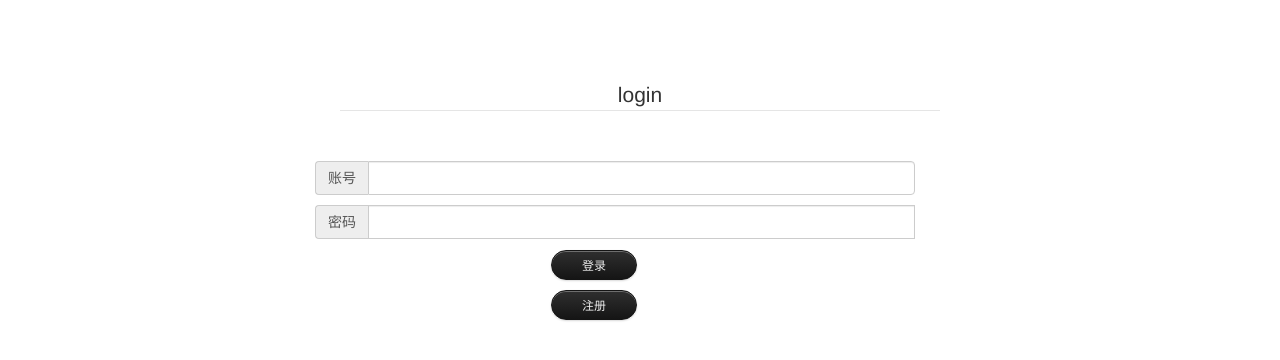
Repository: silzx/learning
Page: http://localhost/MyBatis/
The author's editor kept a copy of each file at every save. The page is drawn from the files as they stood at one save, then again after the next save.
The browser window is 1280 px wide. The pictures show the whole page.
The page is served by Tomcat 9. Other server files are loaded and not shown.

Above is the page before, as saved 2017-11-13 02:28:10.
Console error (its wording comes from the project's code and is left out).

### MyBatis/WebContent/index.jsp
<%@page import="java.net.URLDecoder"%>
<%@ page language="java" import="java.util.*" pageEncoding="UTF-8"%>
<%
String path = request.getContextPath();
String basePath = request.getScheme()+"://"+request.getServerName()+":"+request.getServerPort()+path+"/";
%>

<!DOCTYPE HTML PUBLIC "-//W3C//DTD HTML 4.01 Transitional//EN">
<html>
  <head>
    <base href="<%=basePath%>">
    <link rel="stylesheet" type="text/css" href="bootstrap-3.3.7-dist/css/bootstrap.min.css">
    <link rel="stylesheet" type="text/css" href="buttons/buttons.css">
    <title>My JSP 'index.jsp' starting page</title>
	<meta http-equiv="pragma" content="no-cache">
	<meta http-equiv="cache-control" content="no-cache">
	<meta http-equiv="expires" content="0">
	<meta http-equiv="keywords" content="keyword1,keyword2,keyword3">
	<meta http-equiv="description" content="This is my page">
	<!--
	<link rel="stylesheet" type="text/css" href="styles.css">
	-->
	<style type="text/css">
		button[name='login']{position: fixed;right: 643px;top: 250px}
		button[name='reg']{position: fixed;right: 643px;top: 290px}
		#reset{position: relative;right: 25px}
		#pad{position: relative;right: 25px;}
	</style>
  </head>
  <script type="text/javascript">
  function reset(){
		document.getElementById("error").style.visibility="hidden";
		$("input[name='name']").val("");
		$("input[name='pwd']").val("");
	}
  </script>
   	<%
   		String name="";
   		String pwd="";
   		Cookie[] cs=request.getCookies();
  		if(cs!=null){
  			for(Cookie c:cs){
  					if("nameC".equals(c.getName())){
  	  					name=c.getValue();
  	  					name=URLDecoder.decode(name, "utf-8");
  	  				}
  	  				if("pwdC".equals(c.getName())){
  	  					pwd=c.getValue();
  	  				}
  			}
  		}String errorinfo="";
  		if(session.getAttribute("error")!=null){%>
<!--   			errorinfo=(String)session.getAttribute("error"); -->
			<script type="text/javascript">
				function display(){
					document.getElementById("error").style.visibility="visible";
				}
				window.onload=display;
			</script>
  		<%}
   		%>
  <body>
  <script type="text/javascript" src="jquery1.8/jquery-1.8.0.min.js"></script>
  <script src="bootstrap-3.3.7-dist/js/bootstrap.min.js"></script>
		<center>
		<br><br><br><br>
		<fieldset style="width: 600px"><legend>login</legend>
				<form action="<%=basePath%>UserAction/userLogin.action" method="post">
				<span style="color: red; visibility: hidden;" id="error" >账号或者密码错误</span><p>
				<div id="reset" class="input-group">
					<span class="input-group-addon">账号</span>
					<input type="text" name="u.name" class="form-control" value="<%=name %>">
				</div>
				<p/>
				<div id="pad" class="input-group " >
					<span class="input-group-addon">密码</span>
					<input type="password" name="u.pwd" class="form-control" ><p><br/>
				</div>
				<button class="button button-raised button-pill button-inverse button-small" name="login" type="submit">登录</button>
				<button class="button button-raised button-pill button-inverse button-small" name="reg" onclick="window.location.href='reg.jsp'">注册</button>
				</form>
		</fieldset>
	</center>
	<%
  		session.removeAttribute("error");
  	%>
  </body>
</html>

Loaded but not shown: MyBatis/WebContent/bootstrap-3.3.7-dist/css/bootstrap.min.css (library); MyBatis/WebContent/jquery1.8/jquery-1.8.0.min.js (library); MyBatis/WebContent/bootstrap-3.3.7-dist/js/bootstrap.min.js (library); MyBatis/WebContent/buttons/buttons.css (1492 lines, source omitted)

After the next save:
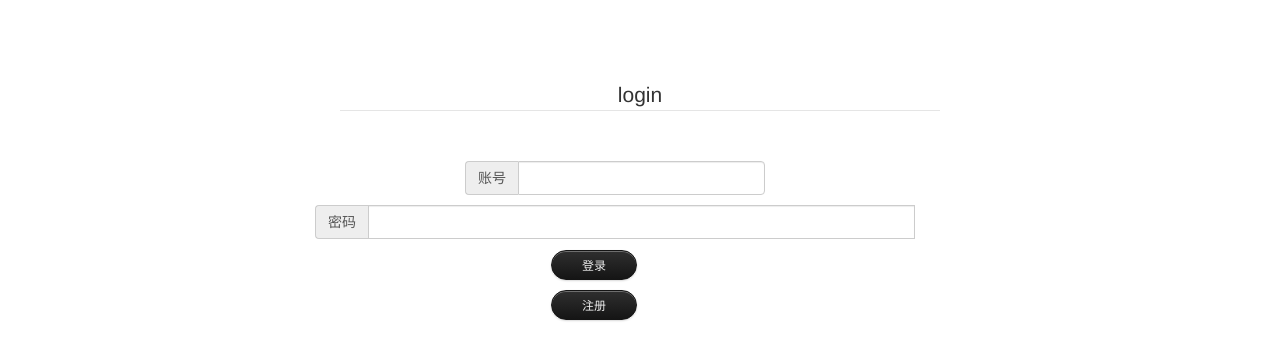
Saved 21 s later.
--- a/MyBatis/WebContent/index.jsp
+++ b/MyBatis/WebContent/index.jsp
@@ -67,7 +67,7 @@ String basePath = request.getScheme()+"://"+request.getServerName()+":"+request.
 		<fieldset style="width: 600px"><legend>login</legend>
 				<form action="<%=basePath%>UserAction/userLogin.action" method="post">
 				<span style="color: red; visibility: hidden;" id="error" >账号或者密码错误</span><p>
-				<div id="reset" class="input-group">
+				<div id="reset" class="input-group" style="width: 300px">
 					<span class="input-group-addon">账号</span>
 					<input type="text" name="u.name" class="form-control" value="<%=name %>">
 				</div>
